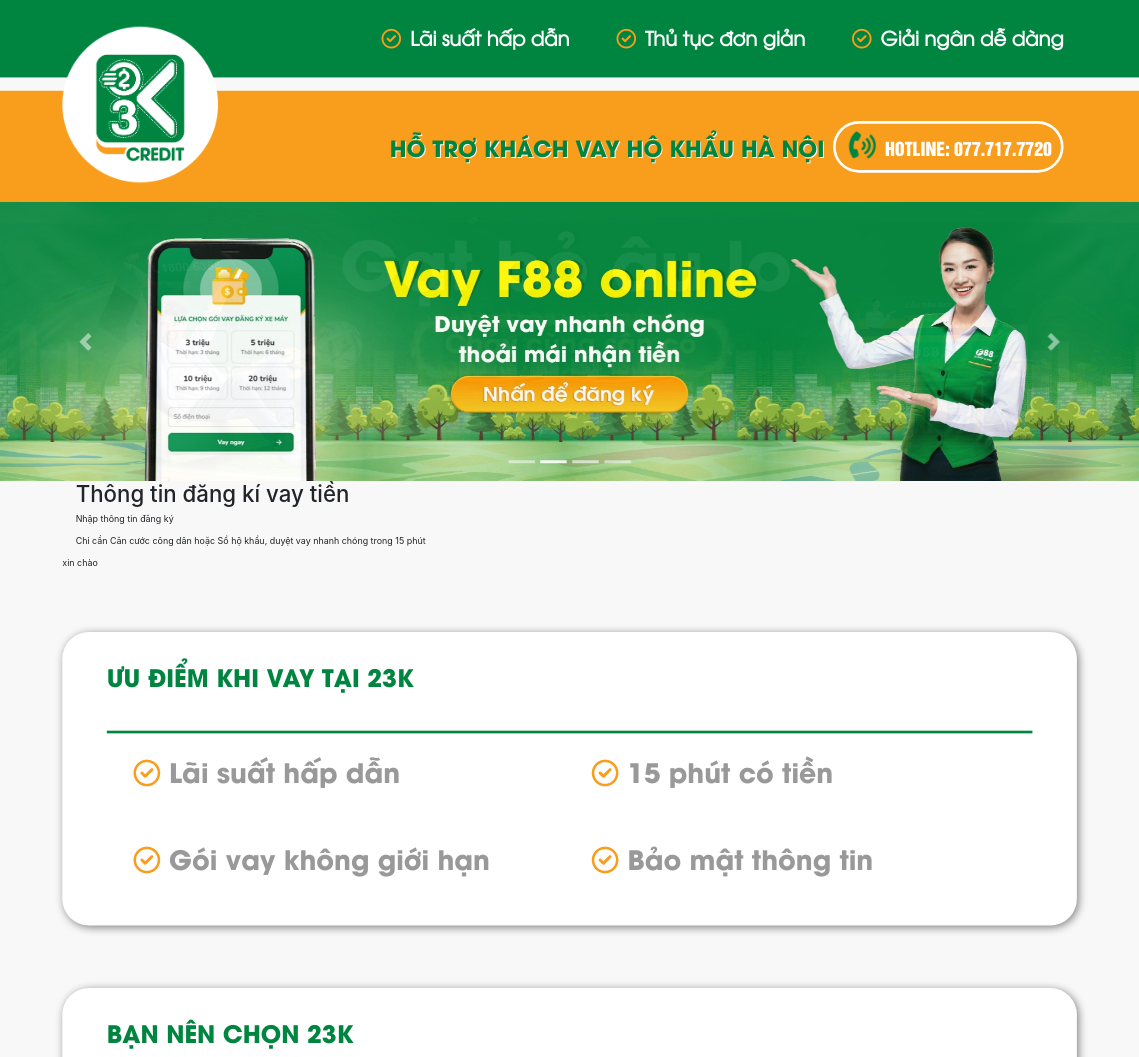
Repository: anhtu2110/23k.vn
Page: theme/index.html
These files come from the project's save history. The page is drawn as it stood at one moment and after the next save; the edit follows.
The browser window is 1280 px wide. The pictures show the part of the page from y = 0 to 1188 px (the page is 2044 px tall before and 2029 px after), at 89% of full size.
A picture or video elsewhere on the page could not be fetched, so the positions and the page height are approximate.

Above is the page before, as saved 2022-12-29 23:06:36.

### theme/index.html
<!DOCTYPE html>
<html lang="en">

<head>
    <meta charset="UTF-8">
    <meta http-equiv="X-UA-Compatible" content="IE=edge">
    <meta name="viewport" content="width=device-width, initial-scale=1.0">
    <link rel="icon" type="image/x-icon" href="./public/images/footer_logo.png">
    <link rel="stylesheet" href="public/css/bootstrap/bootstrap-theme.css" type="text/css" />
    <link rel="stylesheet" href="public/css/bootstrap/bootstrap.css" type="text/css" />
    <link rel="stylesheet" href="public/reset.css" type="text/css" />
    <link rel="stylesheet" href="public/css/font-awesome/css/font-awesome.min.css">
    <link rel="stylesheet" href="https://cdnjs.cloudflare.com/ajax/libs/font-awesome/6.2.1/css/all.min.css">
    <link rel="stylesheet" href="public/style.css" type="text/css" />
    <link rel="stylesheet" href="public/responsive.css" type="text/css" />
    <title>23K</title>

    <script src="public/js/jquery-3.6.1.min.js"></script>
    <script src="public/js/bootstrap/bootstrap.min.js"></script>
    <script src="public/js/main.js"></script>
</head>

<body>
    <!-- test  -->
    <div id="wrapper">
        <div id="header">
            <div class="header-top">
                <div class="container">
                    <div class="logo">
                        <a href="" class="logo">
                            <img src="./public/images/LOGO.png" alt="">
                        </a>
                    </div>
                    <ul class="benefit">
                        <li class="benefit-item">Lãi suất hấp dẫn</li>
                        <li class="benefit-item">Thủ tục đơn giản </li>
                        <li class="benefit-item">Giải ngân dễ dàng</li>
                    </ul>
                </div>
            </div>
            <div class="header-bottom">
                <div class="container">
                    <span class="content text-uppercase">Hỗ trợ khách vay hộ khẩu hà nội</span>
                    <a href="tel:0777177720" class="hotline text-decoration-none">
                        <span class="icon-phone"><i class="fa-solid fa-phone-volume animation-phone"></i></span>
                        <span>Hotline: 077.717.7720</span>
                    </a>
                </div>
            </div>
        </div>
        <!-- END HEADER  -->
        <style>
            #banner img {
                max-width: 100%;
                height: auto;
            }
        </style>
        <div id="wp-content">
            <section class="home-banner">
                <div id="banner" class="banner carousel slide carousel-fade" data-ride="carousel">
                    <ol class="carousel-indicators">
                        <li data-target="#banner" class="active" data-slide-to="0"></li>
                        <li data-target="#banner" data-slide-to="1"></li>
                        <li data-target="#banner" data-slide-to="2"></li>
                        <li data-target="#banner" data-slide-to="3"></li>
                    </ol>
                    <div class="carousel-inner">
                        <div class="carousel-item active" data-interval="2500">
                            <a href="">
                                <img class="desktop" src="./public/images/20220511164418256-1920 x 470.jpg" alt="">
                            </a>
                        </div>
                        <div class="carousel-item" data-interval="2500">
                            <a href="">
                                <img class="desktop" src="./public/images/20221012100205330-f88 vay tiền destop.png"
                                    alt="">
                            </a>
                        </div>
                        <div class="carousel-item" data-interval="2500">
                            <a href="">
                                <img class="desktop"
                                    src="./public/images/20221118174037871-destop wc vay tiền tại f88.jpg" alt="">
                            </a>
                        </div>
                        <div class="carousel-item" data-interval="2500">
                            <a href="">
                                <img class="desktop" src="./public/images/slider_4.jpg" alt="">
                            </a>
                        </div>
                    </div>
                    <a href="#banner" class="carousel-control-prev" data-slide="prev">
                        <span class="carousel-control-prev-icon"></span>
                    </a>
                    <a href="#banner" class="carousel-control-next" data-slide="next">
                        <span class="carousel-control-next-icon"></span>
                    </a>
                </div>
            </section>
            <!-- END HOME-BANNER  -->
            <div id="wp-info-reg">
                <div class="container">
                    <h1>Thông tin đăng kí vay tiền</h1>
                    <div id="wp-form-reg">
                        <div class="form-reg-title">
                            <p>Nhập thông tin đăng ký</p>
                            <p class="condition-reg">Chỉ cần Căn cước công dân hoặc Sổ hộ khẩu, duyệt vay nhanh chóng
                                trong <span>15 phút</span></p>
                        </div>
                        <div class="form-reg-content">
                            <form action="" method="post">
                                <div class="row">
                                    xin chào
                                </div>
                            </form>
                        </div>
                    </div>
                </div>
            </div>
            <!-- END WP-info-REG  -->
            <div id="advantages" class="container box">
                <div class="head-box">
                    <div class="row">
                        <div class="col-md-12">
                            <p class="title">Ưu điểm khi vay tại 23k</p>
                        </div>
                    </div>
                </div>
                <div class="list-advantage">
                    <div class="row justify-content-center">
                        <div class="col-md-6 col-12">
                            <p class="advantage">Lãi suất hấp dẫn</p>
                        </div>
                        <div class="col-md-6 col-12">
                            <p class="advantage">15 phút có tiền</p>
                        </div>
                        <div class="col-md-6 col-12">
                            <p class="advantage">Gói vay không giới hạn</p>
                        </div>
                        <div class="col-md-6 col-12">
                            <p class="advantage">Bảo mật thông tin</p>
                        </div>
                    </div>
                </div>
            </div>
            <!-- END ADVANTAGES  -->
            <div id="should-choose" class="container box">
                <div class="head-box">
                    <div class="row">
                        <div class="col-md-12">
                            <p class="title">Bạn nên chọn 23k</p>
                        </div>
                    </div>
                </div>
                <ul class="list-reason">
                    <li class="reason-item">
                        <a href=""><img src="./public/images/thu_tuc.png" alt=""></a>
                        <p>Thủ tục đơn giản chỉ cần CCCD & sổ hộ khẩu Hà Nội</p>
                    </li>
                    <li class="reason-item">
                        <a href=""><img src="./public/images/tham_dinh.png" alt=""></a>
                        <p>
                            Thẩm định nhanh chóng linh hoạt
                        </p>
                    </li>
                    <li class="reason-item">
                        <a href=""><img src="./public/images//lai_suat.png" alt=""></a>
                        <p>Lãi suất ưu đãi nhất Hà Nội</p>
                    </li>
                    <li class="reason-item">
                        <a href=""><img src="./public/images/tu_van.png" alt=""></a>
                        <p>Đăng ký tư vấn online dễ dàng</p>
                    </li>
                    <li class="reason-item">
                        <a href=""><img src="./public/images/bao_mat.png" alt=""></a>
                        <p>Bảo mật thông tin khách hàng</p>
                    </li>
                </ul>
            </div>
        </div>
        <!-- END SHOULD-CHOOSE  -->
        <!-- END WP-CONTENT  -->
        <div id="footer">
            <div id="footer-top">
                <div class="container">
                    <div class="row">
                        <div class="footer-top-content col-12">
                            <span class="footer-thank">Trân trọng cảm ơn quý khách !</span>
                            <a href="tel:0777177720" class="hotline text-decoration-none">
                                <span class="icon-phone"><i class="fa-solid fa-phone-volume animation-phone"></i></span>
                                <span>Hotline: 077.717.7720</span>
                            </a>
                        </div>
                    </div>
                </div>
            </div>
            <!-- END FOOTER-TOP  -->
            <div id="footer-bottom">
                <div class="container">
                    <div class="row">
                        <div class="footer-logo col-md-2">
                            <a href="" class="logo">
                                <img src="./public/images/footer_logo.png" alt="">
                            </a>
                        </div>
                        <div class="footer-info-contact col-md-8">
                            <div class="wp-info-contact">
                                <p>Thông tin liên hệ</p>
                                <ul class="list-info-contact">
                                    <li class="info-contact-item"><a href=""><i class="fa-solid fa-location-dot"></i>252
                                            Đ.
                                            Lạc Long
                                            Quân, Bưởi, Cầu Giấy, Hà Nội, Việt Nam</a></li>
                                    <li class="info-contact-item"><a href=""><i class="fa-solid fa-phone"></i>HOTLINE:
                                            0777.170.720</a></li>
                                    <li class="info-contact-item"><a href=""><i
                                                class="fa-brands fa-square-facebook"></i>www.facebook.com/groups/taichinh23k</a>
                                    </li>
                                </ul>
                            </div>
                        </div>
                    </div>
                </div>
            </div>
            <!-- END FOOTER-BOTTOM  -->
        </div>
        <!-- END FOOTER  -->
    </div>
</body>

</html>

### theme/public/style.css
@import '../public/css/import/fonts.css';
@import '../public/css/import/global.css';
@import '../public/css/import/header.css';
@import '../public/css/import/footer.css';
@import '../public/css/import/register.css';

### theme/public/responsive.css
@media (max-width: 1199px) {
    html {
        font-size: 5.333px;
        /* font-size: 8px; */
    }
}

@media (max-width: 767px) {
    html {
        font-size: 10px;
    }
}

### theme/public/css/import/fonts.css
@font-face {
    font-family: 'Leelawadee UI Bold';
    src: url('../../font/leelawdb.ttf');
}

@font-face {
    font-family: 'Montserrat-SemiBold';
    src: url('../../font/Montserrat-SemiBold.ttf');
}

@font-face {
    font-family: 'UTM Avo';
    src: url('../../font/UTM\ Avo.ttf');
}

@font-face {
    font-family: 'UTM AvoBold_Italic';
    src: url('../../font/UTM\ AvoBold_Italic.ttf');
}

@font-face {
    font-family: 'UTM AvoBold';
    src: url('../../font/UTM\ AvoBold.ttf');
}

@font-face {
    font-family: 'UTM AvoItalic';
    src: url('../../font/UTM\ AvoItalic.ttf');
}

@font-face {
    font-family: 'UTM HelvetIns';
    src: url('../../font/UTM\ HelvetIns.ttf');
}

### theme/public/css/import/global.css
:root {
    --bg-page: #F8F8F8;
    --bg-green: #008541;
    --bg-white: #FFFFFF;
    --bg-orange: #F99D1C;
    --bg-gray: #666666;
}

a {
    text-decoration: none !important;
}

ul {
    padding: 0;
    margin: 0;
}

html {
    font-size: 62.5%;
}

body {
    background-color: var(--bg-page);
}

.head-box {
    padding-bottom: 3rem;
    padding-top: 1rem;
    border-bottom: 3px solid var(--bg-green);
}

p.title {
    font-size: 2.7rem;
    font-family: 'UTM AvoBold';
    color: var(--bg-green);
    text-transform: uppercase;
}

.box {
    background-color: var(--bg-white);
    padding: 2rem 5rem;
    box-shadow: 2px 2px 10px gray;
    border-radius: 3rem;
    z-index: 1;
}

a.hotline {
    display: inline-block;
    font-size: 2rem;
    font-family: 'UTM HelvetIns';
    text-transform: uppercase;
    color: var(--bg-white);
    padding: 1rem 1rem;
    border: 0.3rem solid var(--bg-white);
    border-radius: 100rem;
    margin-left: 1rem;
    overflow: hidden;
}

a.hotline span.icon-phone i {
    font-size: 3rem;
    color: var(--bg-green);
    padding-inline: 0.5rem;
}

.animation-phone {
    animation-name: trin;
    animation-duration: 1.5s;
    animation-iteration-count: infinite;
    animation-timing-function: linear;
}

@keyframes trin {

    from {
        transform: rotate3d(0, 0, 1, 0deg);
    }

    20%,
    32%,
    44%,
    56%,
    68% {
        transform: rotate3d(0, 0, 1, 0deg);
    }

    23%,
    35%,
    47%,
    59%,
    71% {
        transform: rotate3d(0, 0, 1, 15deg);
    }

    26%,
    38%,
    50%,
    62%,
    74% {
        transform: rotate3d(0, 0, 1, 0deg);
    }

    29%,
    41%,
    53%,
    65%,
    77% {
        transform: rotate3d(0, 0, 1, -15deg);
    }

    80% {
        transform: rotate3d(0, 0, 1, 0deg);
    }

}

### theme/public/css/import/header.css
.header-top {
    background-color: var(--bg-green);
    margin-bottom: 1.5rem;
}

.header-top .container {
    position: relative;
    display: flex;
    justify-content: flex-end;
}

#header .logo {
    position: absolute;
    top: 1.5rem;
    left: 0;
    border-radius: 10rem;
}

#header .logo a.logo img {
    width: 17.5rem;
    height: auto;
}

ul.benefit li.benefit-item {
    display: inline-block;
    font-size: 2.2rem;
    color: red;
    font-family: 'UTM Avo';
    font-weight: 600;
    color: var(--bg-white);
    padding: 2.6rem 2rem;
}

ul.benefit li.benefit-item:last-child {
    padding-right: 0;
}

ul.benefit li.benefit-item::before {
    display: inline-block;
    content: '\f058';
    font-family: "Font Awesome 6 Free";
    -webkit-font-smoothing: antialiased;
    font-weight: normal;
    color: #F99D1C;
    padding-inline: 1rem;
}

/* ul.benefit li.benefit-item i {
    display: inline-block;
    padding-inline: 1rem;
    color: #F99D1C;
} */

/* END HEADER TOP  */
.header-bottom {
    height: 12.5rem;
    background-color: var(--bg-orange);
    display: flex;
    align-items: center;
}

.header-bottom .container {
    display: flex;
    align-items: center;
    /* justify-content: end; */
    justify-content: right;
}

.header-bottom .content {
    font-size: 2.5rem;
    font-family: 'UTM AvoBold';
    color: var(--bg-green);
    text-shadow: 1px 1px var(--bg-white);
    /* flex-basis: 50%; */
    width: fit-content;
}

### theme/public/css/import/footer.css
#footer #footer-top {
    background-color: var(--bg-green);
    padding-block: 3rem;
}

#footer #footer-top .footer-top-content {
    display: flex;
    justify-content: space-between;
}

#footer #footer-top .footer-top-content span.footer-thank {
    font-size: 3.8rem;
    color: var(--bg-white);
    font-family: 'UTM AvoBold';
    text-transform: uppercase;
    margin-left: -1.5rem;
}

#footer #footer-top .footer-top-content a.hotline {
    /* border: none; */
    background-color: var(--bg-orange);
    margin-right: -1.5rem;
}

/* END FOOTER-TOP  */
#footer #footer-bottom .footer-logo a.logo img {
    display: block;
    max-width: 18rem;
    height: auto;
}

#footer #footer-bottom {
    padding-block: 4rem;
}

#footer #footer-bottom a.logo {
    display: block;
    width: 100%;
}

#footer #footer-bottom a.logo img {
    width: 100%;
    height: auto;
}

.footer-info-contact {
    font-size: 2.6rem;
    color: var(--bg-gray);
}

.footer-info-contact .wp-info-contact {
    width: fit-content;
}

.footer-info-contact p {
    padding-block: 1rem;
    border-bottom: 0.2rem solid var(--bg-green);
}

ul.list-info-contact {
    list-style: none;
    padding: 0;
    margin: 0;
}

ul.list-info-contact li a {
    color: var(--bg-gray);
}

ul.list-info-contact i {
    display: inline-block;
    width: 3rem;
    height: auto;
}

### theme/public/css/import/register.css
#wp-content {
    margin-bottom: 8rem;
}

#advantages {
    margin-block: 7rem;
}

#advantages .list-advantage {
    margin-inline: 2rem;
}

#advantages p.advantage {
    font-size: 3rem;
    color: #999999;
    font-family: 'UTM AvoBold';
    padding-block: 2rem;
}

#advantages p.advantage::before {
    display: inline-block;
    content: '\f058';
    font-family: "Font Awesome 6 Free";
    -webkit-font-smoothing: antialiased;
    font-weight: normal;
    color: var(--bg-orange);
    padding-inline: 1rem;
}

/* END ADVANTAGE  */
#should-choose ul.list-reason {
    list-style: none;
    padding: 0;
    margin: 0;
    display: flex;
    align-items: center;
    text-align: center;
}

#should-choose ul.list-reason li.reason-item {
    flex-basis: 20%;
    padding: 2rem;
}

#should-choose ul.list-reason li a {
    display: block;
    width: 100%;
    height: 16rem;
}

#should-choose ul.list-reason li a img {
    display: inline-block;
    width: 15rem;
    height: auto;
}

#should-choose ul.list-reason li.reason-item p {
    font-size: 2rem;
    font-family: "UTM Avo";
    color: #808080;
}

Loaded but not shown: theme/public/css/bootstrap/bootstrap-theme.css (library); theme/public/css/bootstrap/bootstrap.css (library); theme/public/reset.css (common file); theme/public/css/font-awesome/css/font-awesome.min.css (library); theme/public/js/jquery-3.6.1.min.js (library); theme/public/js/bootstrap/bootstrap.min.js (library); theme/public/js/main.js (no copy from this time; the picture is the same without it)

After the next save:
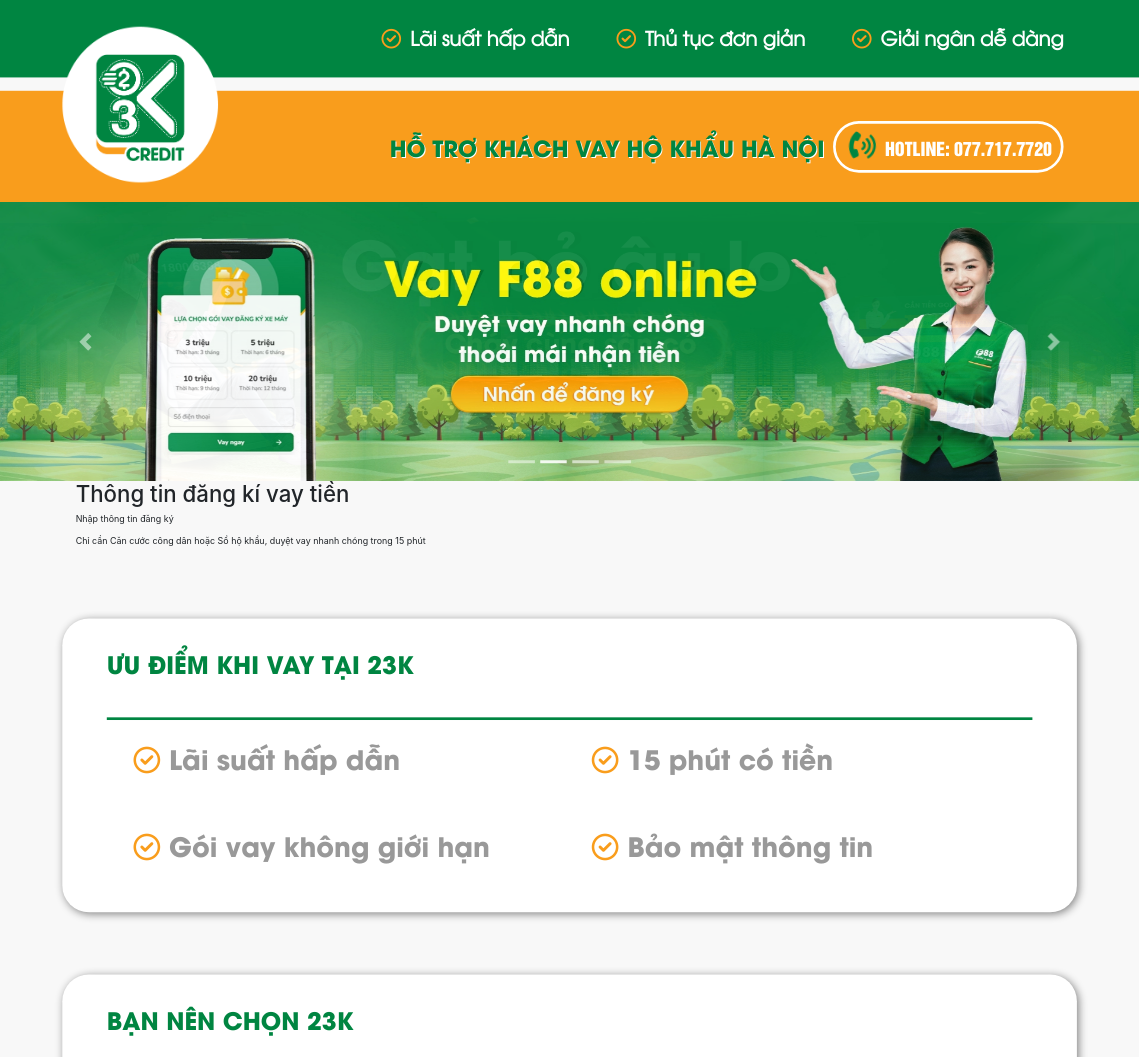
Saved 91 s later.
--- a/theme/index.html
+++ b/theme/index.html
@@ -109,7 +109,10 @@
                         <div class="form-reg-content">
                             <form action="" method="post">
                                 <div class="row">
-                                    xin chào
+                                    <div id="info-customer" class="col-md-6">
+
+                                    </div>
+                                    <div id="trading-ara" class="col-md-6"></div>
                                 </div>
                             </form>
                         </div>
